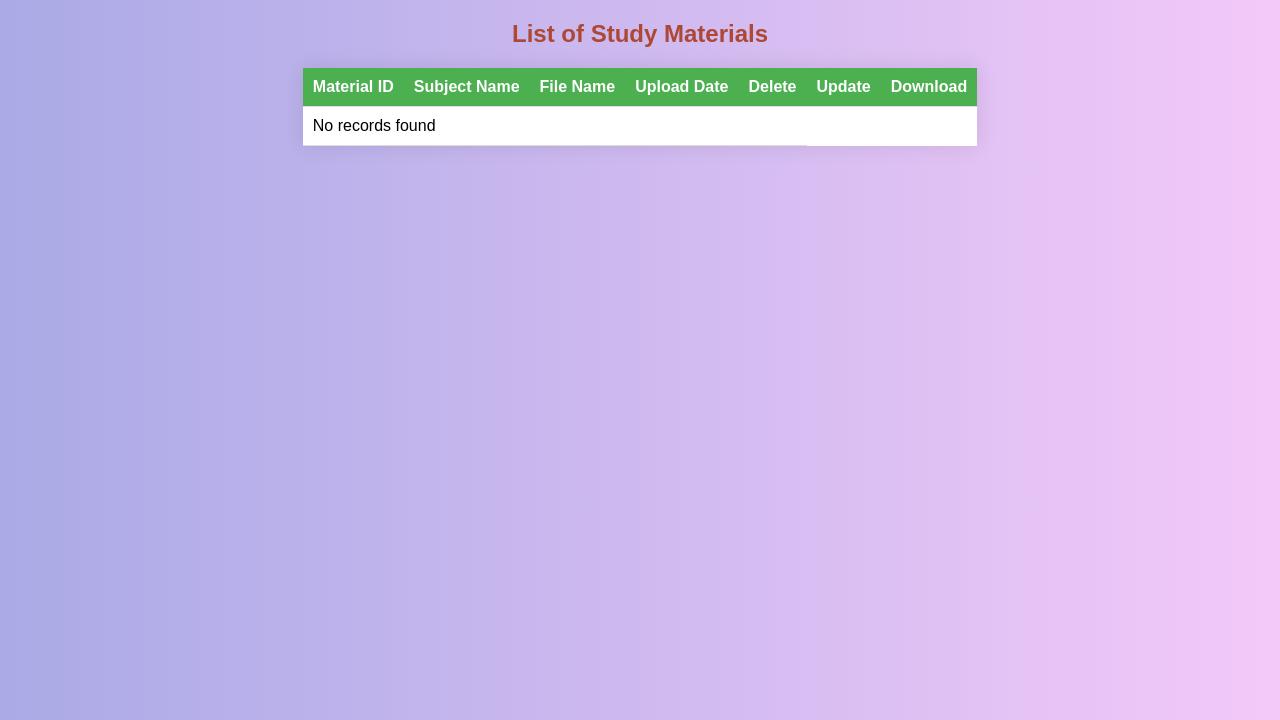
Repository: Acharya-Keerthana/Education
Page: http://localhost/education/third_sem/USP.php
These files come from the project's save history. The page is drawn as it stood at one moment and after the next save; the edit follows.
The browser window is 1280 px wide. The pictures show the whole page.
The page is run by PHP 8.4 with error messages shown; the project is at /var/www/html/. Queries for data that is not in the repository find no rows.

Above is the page before, as saved 2024-04-16 20:55:37.

After the next save:
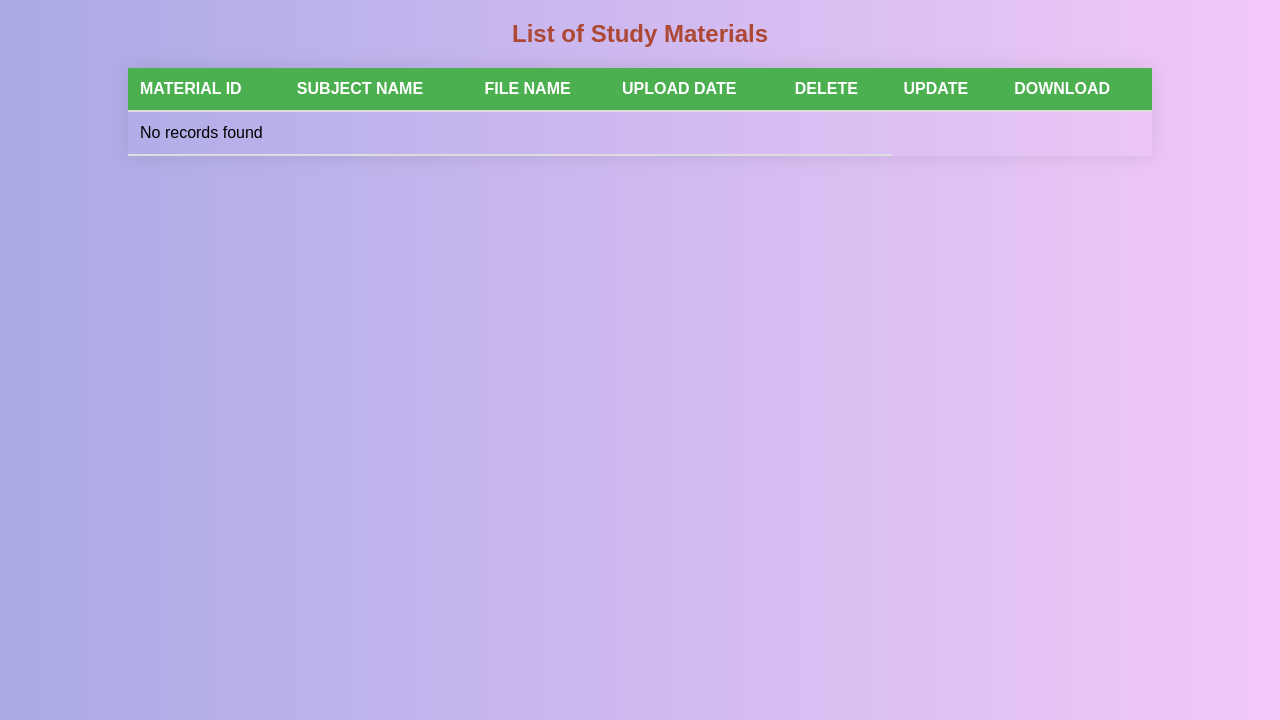
Saved 16 min 38 s later.
--- a/third_sem/styles.css
+++ b/third_sem/styles.css
@@ -1,4 +1,3 @@
-
 body {
     font-family: Arial, sans-serif;
     margin: 0;
@@ -38,25 +37,25 @@
 }
 
 table {
-    width: fit-content;
+    width: 80%; /* Adjust the width of the table as needed */
     margin: 20px auto;
     border-collapse: collapse;
-    background-color: #fff;
     box-shadow: 0 0 20px rgba(0, 0, 0, 0.1);
 }
 
 th, td {
-    padding: 10px;
+    padding: 12px; /* Increase padding for better spacing */
     text-align: left;
-    border-bottom: 1px solid #ddd;
+    border-bottom: 2px solid #ddd; /* Thicker border bottom */
 }
 
 th {
-    background-color: #4CAF50; /* Bright green for better visibility */
+    background-color: #4CAF50; /* Green background for table header */
     color: white; /* White text color for contrast */
+    font-weight: bold; /* Make header text bold */
+    text-transform: uppercase; /* Uppercase header text */
 }
 
 tr:hover {
-    background-color: #f5f5f5;
+    background-color: #f5f5f5; /* Light gray background on hover */
 }
-/**/

After the save that followed:
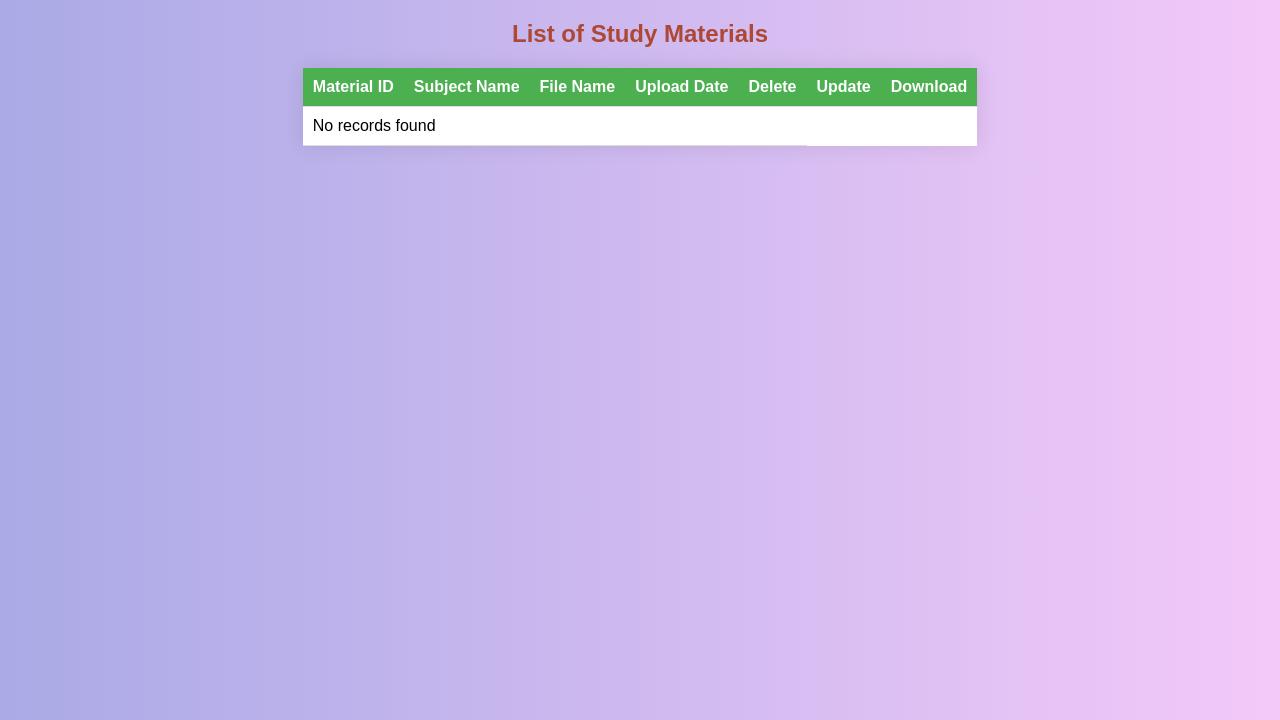
Saved 47 s later.
--- a/third_sem/styles.css
+++ b/third_sem/styles.css
@@ -1,3 +1,4 @@
+
 body {
     font-family: Arial, sans-serif;
     margin: 0;
@@ -37,25 +38,25 @@
 }
 
 table {
-    width: 80%; /* Adjust the width of the table as needed */
+    width: fit-content;
     margin: 20px auto;
     border-collapse: collapse;
+    background-color: #fff;
     box-shadow: 0 0 20px rgba(0, 0, 0, 0.1);
 }
 
 th, td {
-    padding: 12px; /* Increase padding for better spacing */
+    padding: 10px;
     text-align: left;
-    border-bottom: 2px solid #ddd; /* Thicker border bottom */
+    border-bottom: 1px solid #ddd;
 }
 
 th {
-    background-color: #4CAF50; /* Green background for table header */
+    background-color: #4CAF50; /* Bright green for better visibility */
     color: white; /* White text color for contrast */
-    font-weight: bold; /* Make header text bold */
-    text-transform: uppercase; /* Uppercase header text */
 }
 
 tr:hover {
-    background-color: #f5f5f5; /* Light gray background on hover */
+    background-color: #f5f5f5;
 }
+/**/
